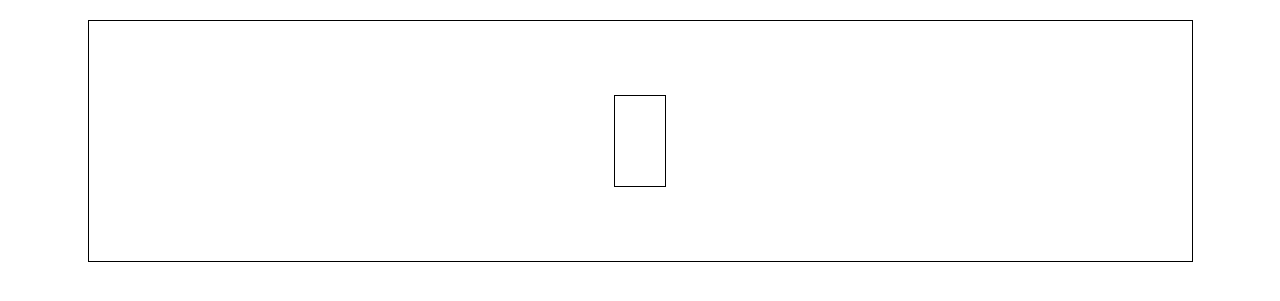
Repository: MikeTroianello/commerce-store
Page: /
The author's editor kept a copy of each file at every save. The page is drawn from the files as they stood at one save, then again after the next save.
The browser window is 1280 px wide. The pictures show the whole page.
The project was rebuilt for these pictures with package versions that can differ from the ones it lists, and the page was loaded fresh each time. Also part of the build but not shown: src/App.css.

Above is the page before, as saved 2019-09-09 23:00:29.

After the next save:
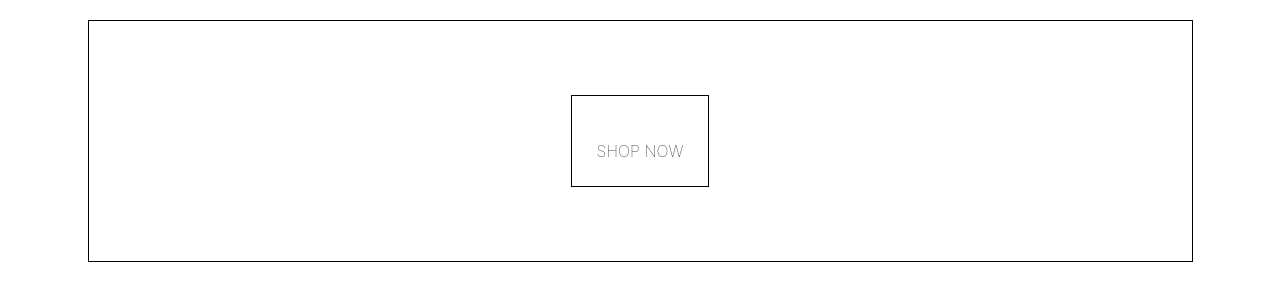
Saved 26 s later.
--- a/src/components/menu-item/menu-item.component.js
+++ b/src/components/menu-item/menu-item.component.js
@@ -1,11 +1,11 @@
 import React from 'react';
 
-export default function MenuItem({ title, subtitle }) {
+export default function MenuItem({ title }) {
   return (
     <div className='menu-item'>
       <div className='content'>
         <h1 className='title'>{title}</h1>
-        <span className='subtitle'>{subtitle}</span>
+        <span className='subtitle'>SHOP NOW</span>
       </div>
     </div>
   );
